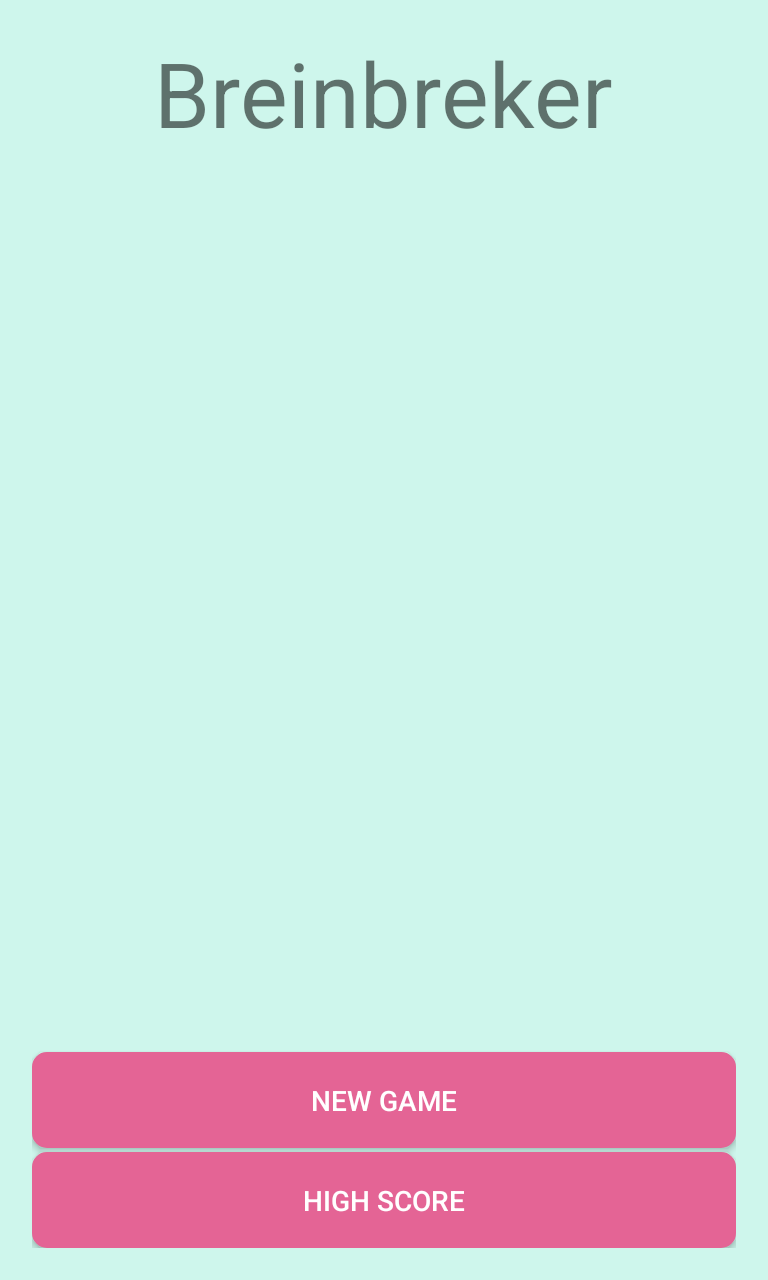
Repository: jelleswester/Breinbreker
Layout: Breinbreker/res/layout/activity_start_screen.xml
These files come from the project's save history. The layout is drawn as it stood at one moment and after the next save; the edit follows.
It is drawn on a 768 x 1280 px phone screen (xhdpi) without system bars, with theme AppTheme; the app's code is not run.

Above is the layout before, as saved 2015-01-28 15:58:25.

### Breinbreker/res/layout/activity_start_screen.xml
<RelativeLayout xmlns:android="http://schemas.android.com/apk/res/android"
    xmlns:tools="http://schemas.android.com/tools"
    android:id="@+id/relativeLayout1"
    android:layout_width="match_parent"
    android:layout_height="match_parent"
    android:paddingBottom="@dimen/activity_vertical_margin"
    android:paddingLeft="@dimen/activity_horizontal_margin"
    android:paddingRight="@dimen/activity_horizontal_margin"
    android:paddingTop="@dimen/activity_vertical_margin"
    android:background="#CEF6EC"
    tools:context="nl.mprog.jelleswester.breinbreker.StartScreenActivity" >

    <TextView
        android:id="@+id/textView1"
        android:layout_width="wrap_content"
        android:layout_height="wrap_content"
        android:layout_alignParentTop="true"
        android:layout_centerHorizontal="true"
        android:text="@string/brein_breker"
        android:textSize="45sp" />

    <Button
        android:id="@+id/highScoreButton"
        android:layout_width="fill_parent"
        android:layout_height="wrap_content"
        android:layout_alignParentBottom="true"
        android:layout_centerHorizontal="true"
        android:onClick="highScoreButton"
        android:background="@drawable/button_shape"
        android:textColor="@color/white"
        android:text="@string/high_score"
        android:layout_marginTop="1dp" />

    <Button
        android:id="@+id/newGameButton"
        android:layout_width="fill_parent"
        android:layout_height="wrap_content"
        android:layout_above="@+id/highScoreButton"
        android:layout_alignLeft="@+id/highScoreButton"
        android:onClick="newGameButton"
        android:background="@drawable/button_shape"
        android:textColor="@color/white"
        android:text="@string/new_game"
        android:layout_marginBottom="1dp"
        android:layout_marginTop="2dp" />

</RelativeLayout>

### Breinbreker/res/values/strings.xml
<?xml version="1.0" encoding="utf-8"?>
<resources>

    <string name="app_name">Breinbreker</string>
    <string name="hello_world">Hello world!</string>
    <string name="action_settings">Settings</string>
    <string name="title_activity_game_play">GamePlay</string>
    <string name="title_activity_high_score">HighScore</string>
    <string name="title_activity_you_won">YouWon</string>
    <string name="brein_breker">Breinbreker</string>
    <string name="start_game">START</string>
    <string name="high_score">High Score</string>
    <string name="back">Back</string>
    <string name="confirm">Confirm</string>
    <string name="you_won">You Won</string>
    <string name="congratulations">Congratulations!</string>
    <string name="high_score_entry">Please enter your name for your high score:</string>
    <string name="example_name">Bob</string>
    <string name="example_high_score">1.    Bob               03:59:15</string>
    <string name="characters">AAAA</string>
    <string name="symbol">+</string>
    <string name="symbol_equal">=</string>
    <string name="text">1234</string>
    <string name="continue_game">Continue Game</string>
    <string name="new_game">New Game</string>
    <string name="hint">Hint</string>


</resources>

### Breinbreker/res/drawable-hdpi/button_shape.xml
<?xml version="1.0" encoding="UTF-8"?>
<shape
    xmlns:android="http://schemas.android.com/apk/res/android">
    <stroke
        android:width="1dp"
        android:color="#E46495"/>
    <corners
        android:radius="7dp" />

    <padding
        android:left="1dp"
        android:right="1dp"
        android:top="1dp"
        android:bottom="1dp"/>

    <solid android:color="#E46495"/>

</shape>

### Breinbreker/res/values/color.xml
<?xml version="1.0" encoding="utf-8"?>
<resources>
    <item name="white" type="color">#FFFFFF</item>
</resources>

### Breinbreker/res/drawable-hdpi/title_box_shape.xml
<?xml version="1.0" encoding="UTF-8"?>
<shape
    xmlns:android="http://schemas.android.com/apk/res/android">
    <stroke
        android:width="1dp"
        android:color="#E46495"/>
    <corners
        android:radius="1dp" />

    <padding
        android:left="1dp"
        android:right="1dp"
        android:top="1dp"
        android:bottom="1dp"/>

    <solid android:color="#E46495"/>

</shape>

Loaded but not shown: Breinbreker/res/values/styles.xml (common file); Breinbreker/res/values-v11/styles.xml (common file); Breinbreker/res/values-v14/styles.xml (common file); Breinbreker/res/values/dimens.xml (common file); Breinbreker/res/values-w820dp/dimens.xml (common file)

After the next save:
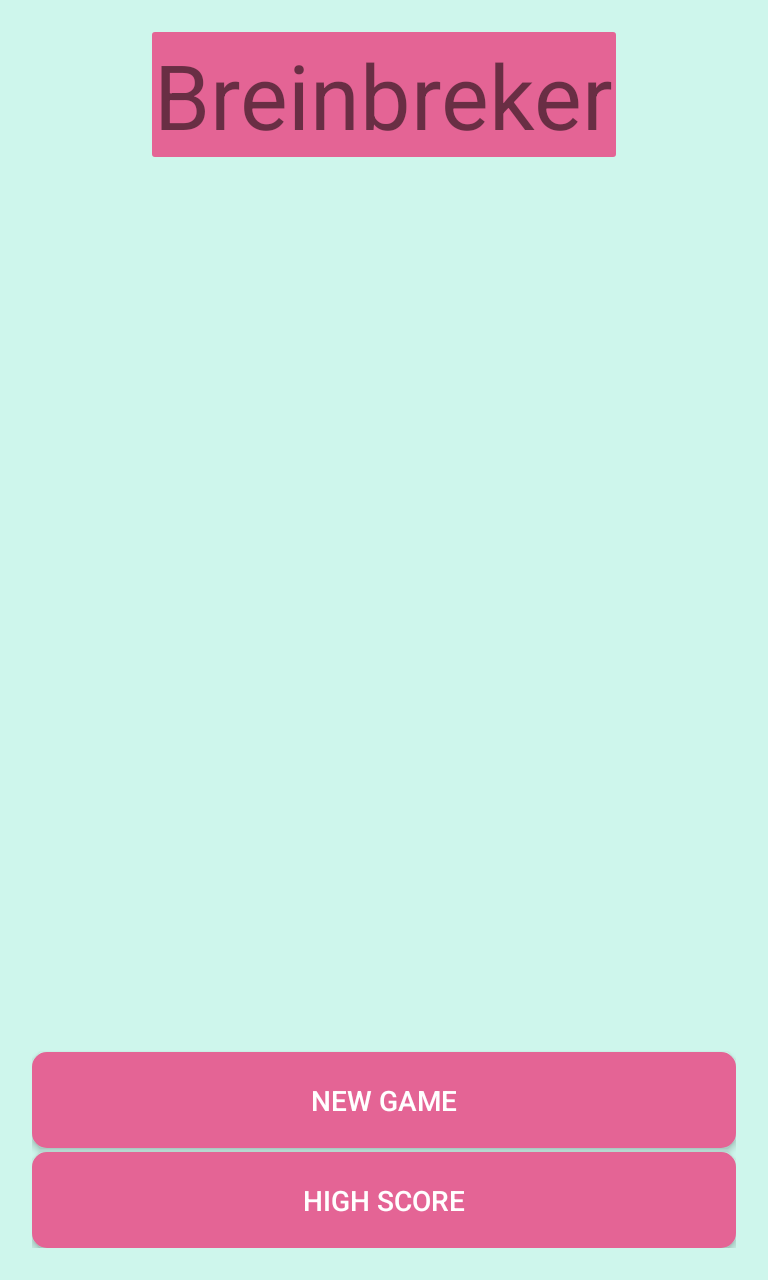
Saved 40 s later.
--- a/Breinbreker/res/layout/activity_start_screen.xml
+++ b/Breinbreker/res/layout/activity_start_screen.xml
@@ -17,7 +17,8 @@
         android:layout_alignParentTop="true"
         android:layout_centerHorizontal="true"
         android:text="@string/brein_breker"
-        android:textSize="45sp" />
+        android:textSize="45sp"
+        android:background="@drawable/title_box_shape" />
 
     <Button
         android:id="@+id/highScoreButton"
